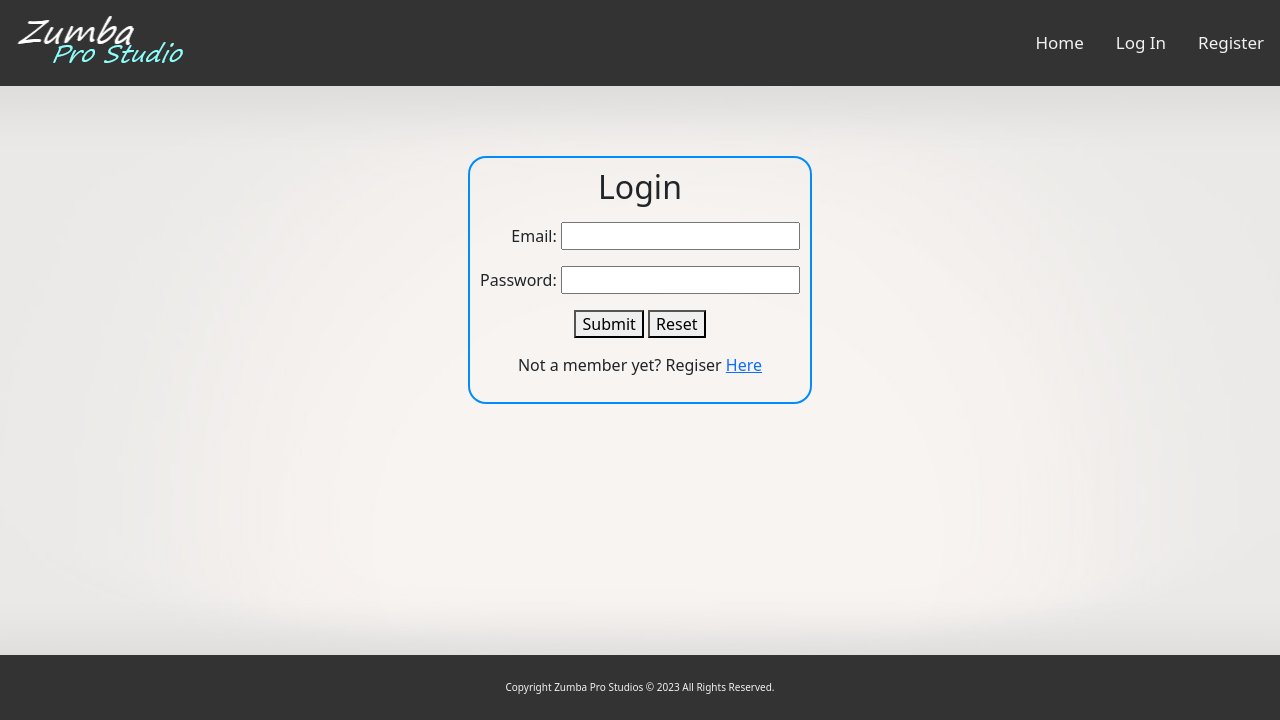
Repository: basemsamuel/Zumba
Page: http://localhost/ZumbaProStudio/adminusers.jsp
The author's editor kept a copy of each file at every save. The page is drawn from the files as they stood at one save, then again after the next save.
The browser window is 1280 px wide. The pictures show the whole page.
The page is served by Tomcat 10. Other server files are loaded and not shown.

Above is the page before, as saved 2023-07-30 21:09:03.

### ZumbaProStudio/src/main/webapp/adminusers.jsp
<jsp:include page="header.jsp"></jsp:include>
<div class="mycontainer">
	<div align="center">
	<br>
	<br>
	<br>
		<table class="formtable">
			<tr>
				<td style="padding: 10px;">
					<div class='center'>
						<form style="width: 100%;" action="Login" method = "POST">
						    <h2>Login</h2>
						    <div>
						        <p>
							        <div class='right'>
							            <label for="email">Email:</label>
							            <input type="text" id="email" name="email">
							        </div>
						        </p>
						    </div>

						    <div>
						        <p>
							        <div class='right'>
							            <label for="password">Password:</label>
							            <input type="password" id="password" name="password">
							        </div>
						        </p>
						    </div>


						    <div>
<!-- 						        <p> -->
						            <button type="submit" value="Submit">Submit</button>
						            <button type="reset" value="Reset">Reset</button>
						        </p>
						    </div>


						    <div>
						    	<p>
						    		Not a member yet? Regiser <a href="register.jsp">Here</a>
						    	</p>
						    </div>
						</form>
					</div>

				</td>
			</tr>
		</table>
		<br>
		<div class="emsg">
			<p>
				${errorMessage}
			</p>
		</div>
	</div>
</div>

<jsp:include page="footer.jsp"></jsp:include>

### ZumbaProStudio/src/main/webapp/header.jsp
<html lang="en">

<head>
    <meta charset="UTF-8">
    <meta http-equiv="X-UA-Compatible" content="IE=edge">
    <meta name="viewport" content="width=device-width, initial-scale=1.0">
    <title>Document</title>
    <link href="https://cdn.jsdelivr.net/npm/bootstrap@5.1.3/dist/css/bootstrap.min.css" rel="stylesheet" integrity="sha384-1BmE4kWBq78iYhFldvKuhfTAU6auU8tT94WrHftjDbrCEXSU1oBoqyl2QvZ6jIW3" crossorigin="anonymous">
    <link rel="stylesheet" type="text/css" href="css/styles.css" />
</head>

<body>
	 <div class="topnav">
		<img src="images/logo.png" alt="Zumba Pro Studio">
		<!-- <a class="active" href="#home">Home</a> -->
		<a href="register.jsp">Register</a>
		<a href="login.jsp">Log In</a>
		<a href="index.jsp">Home</a>
	</div>

### ZumbaProStudio/src/main/webapp/footer.jsp
<footer>
	Copyright Zumba Pro Studios © 2023 All Rights Reserved.
</footer>
</body>
</html>

### ZumbaProStudio/src/main/webapp/css/styles.css
		.topnav {
			 background-color: #333;
			 overflow: hidden;
				}

		/* Style the links inside the navigation bar */
		.topnav a {
			 float: right;
			 color: #f2f2f2;
			 text-align: center;
			 padding: 30px 16px;
			 text-decoration: none;
			 font-size: 17px;
		}

		.topnav img {
			 float: left;
			 color: #f2f2f2;
			 text-align: center;
			 padding: 14px 16px;
			 text-decoration: none;
			 font-size: 17px;
			 height: 80px;
		}

		/* Change the color of links on hover */
		.topnav a:hover {
			 background-color: #ddd;
			 color: black;
		}

		/* Add a color to the active/current link */
		.topnav a.active {
			 background-color: #04AA6D;
			 color: white;
		}

		footer {
		    background-color: #333;
		    color: #f2f2f2;
		    grid-area: footer;
		    width: 100%;
		    position: absolute;
  			bottom: 0;
  			padding: 25px;
  			text-align: center;
  			font-size: 10px;
		}

		.centerimage {
			height: 100%;
			width: auto;
			display: block;
			margin-left: auto;
			margin-right: auto;

		}

		.center {
			text-align: center;
		}
		.right {
			text-align: right;
		}

		.formtable {
			border-collapse: collapse;
			border-radius: 16px;
			box-shadow: 0 0 0 2px rgb(0, 140, 255);
		}

		.mycontainer {
			height: calc(100% - 150px);
			width: 100%;
			background-image: url('../images/bg.jpg');
			background-color: #333; /* Used if the image is unavailable */
			background-position: center; /* Center the image */
			background-repeat: no-repeat; /* Do not repeat the image */
			background-size: cover; /* Resize the background image to cover the entire container */
		}

		.emsg {
			font-size: 13px;
			color: #FF0000;
		}

After the next save:
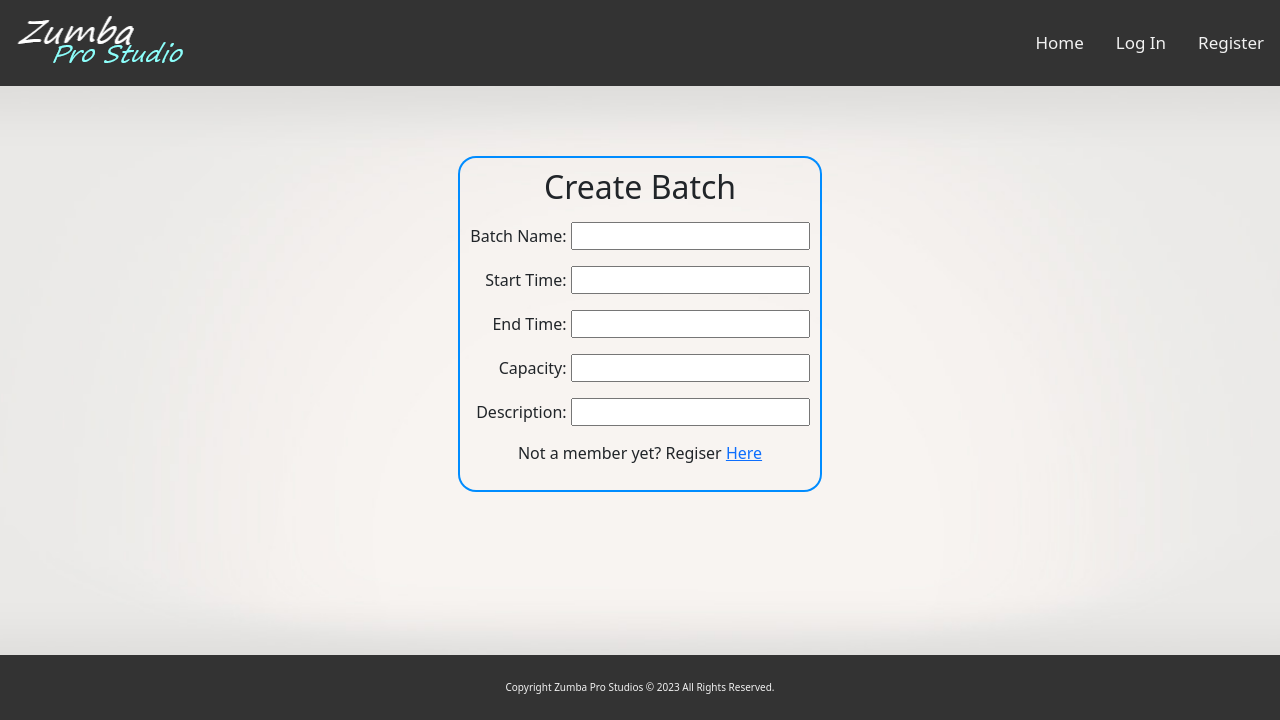
Saved 4 min 58 s later.
--- a/ZumbaProStudio/src/main/webapp/adminusers.jsp
+++ b/ZumbaProStudio/src/main/webapp/adminusers.jsp
@@ -9,12 +9,12 @@
 				<td style="padding: 10px;">
 					<div class='center'>
 						<form style="width: 100%;" action="Login" method = "POST">
-						    <h2>Login</h2>
+						    <h2>Create Batch</h2>
 						    <div>
 						        <p>
 							        <div class='right'>
-							            <label for="email">Email:</label>
-							            <input type="text" id="email" name="email">
+							            <label for="name">Batch Name:</label>
+							            <input type="text" id="name" name="name">
 							        </div>
 						        </p>
 						    </div>
@@ -22,17 +22,37 @@
 						    <div>
 						        <p>
 							        <div class='right'>
-							            <label for="password">Password:</label>
-							            <input type="password" id="password" name="password">
+							            <label for="stime">Start Time:</label>
+							            <input type="text" id="stime" name="stime">
 							        </div>
 						        </p>
 						    </div>
 
 
 						    <div>
-<!-- 						        <p> -->
-						            <button type="submit" value="Submit">Submit</button>
-						            <button type="reset" value="Reset">Reset</button>
+						        <p>
+							        <div class='right'>
+							            <label for="etime">End Time:</label>
+							            <input type="text" id="etime" name="etime">
+							        </div>
+						        </p>
+						    </div>
+
+						    <div>
+						        <p>
+							        <div class='right'>
+							            <label for="capacity">Capacity:</label>
+							            <input type="number" id="capacity" name="capacity">
+							        </div>
+						        </p>
+						    </div>
+
+						    <div>
+						        <p>
+							        <div class='right'>
+							            <label for="description">Description:</label>
+							            <input type="number" id="description" name="description">
+							        </div>
 						        </p>
 						    </div>
 
